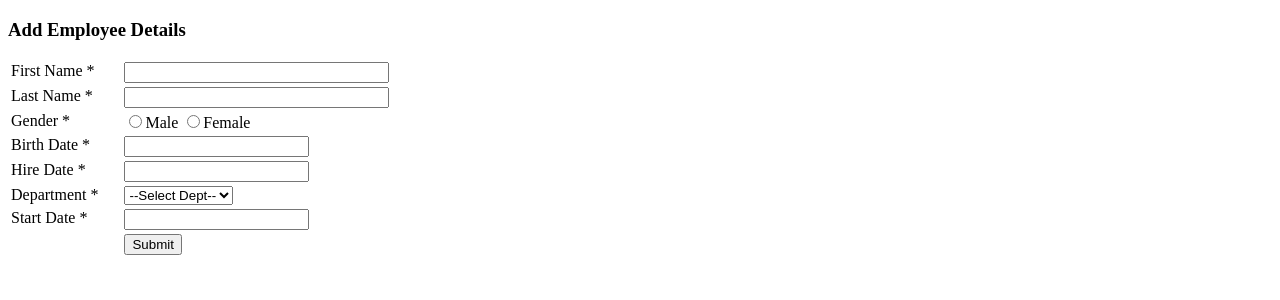
Repository: avsuhas/Java-Project
Page: http://localhost/Employee_Project/jsp/addUser.jsp
These files come from the project's save history. The page is drawn as it stood at one moment and after the next save; the edit follows.
The browser window is 1280 px wide. The pictures show the whole page.
Some web libraries are served in a nearby version. The page is served by Tomcat 9. Queries for data that is not in the repository find no rows.

Above is the page before, as saved 2017-06-02 15:14:04.

After the next save:
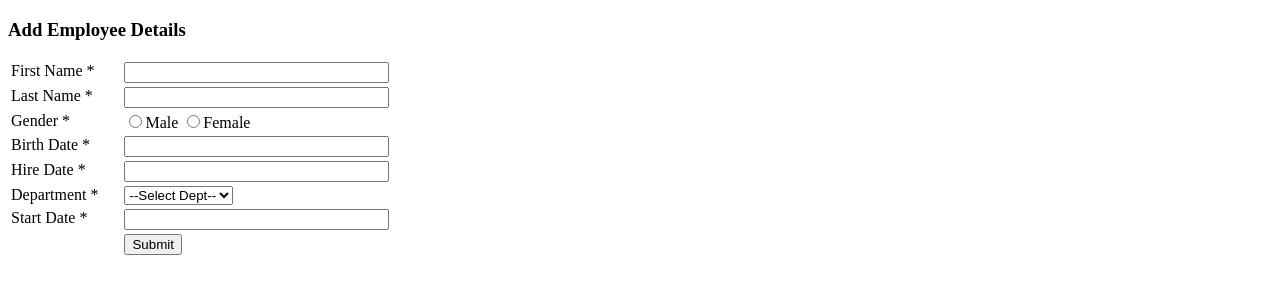
Saved 66 s later.
--- a/Employee Project/WebContent/jsp/addUser.jsp
+++ b/Employee Project/WebContent/jsp/addUser.jsp
@@ -84,7 +84,7 @@ DepartmentsDao  deptDao = new DepartmentsDao();
  	</td>
  	<td valign="top">
 
-	 <input type="text" name="datepicker1" id="datepicker1" />
+	<input type="text" name="datepicker1" id="datepicker1" size="30"/>
 
   	<!-- <script  type="text/javascript"
 	 src="http://www.snaphost.com/jquery/Calendar.aspx"></script>
@@ -99,7 +99,7 @@ DepartmentsDao  deptDao = new DepartmentsDao();
  	</td>
  	<td valign="top">
 
- 	<input type="text" name="datepicker2" id="datepicker2" />
+ 	<input type="text" name="datepicker2" id="datepicker2" size="30"/>
  	<!-- <script type="text/javascript">
 	$(function () {
 	$("#SnapHost_Calendar2")
@@ -137,7 +137,7 @@ DepartmentsDao  deptDao = new DepartmentsDao();
  	</td>
  	<td valign="top">
 
- 	<input type="text" name="datepicker3" id="datepicker3" />
+ 	<input type="text" name="datepicker1" id="datepicker1" size="30"/>
  	<!-- <script type="text/javascript">
 	$(function () {
 	$("#SnapHost_Calendar3")
